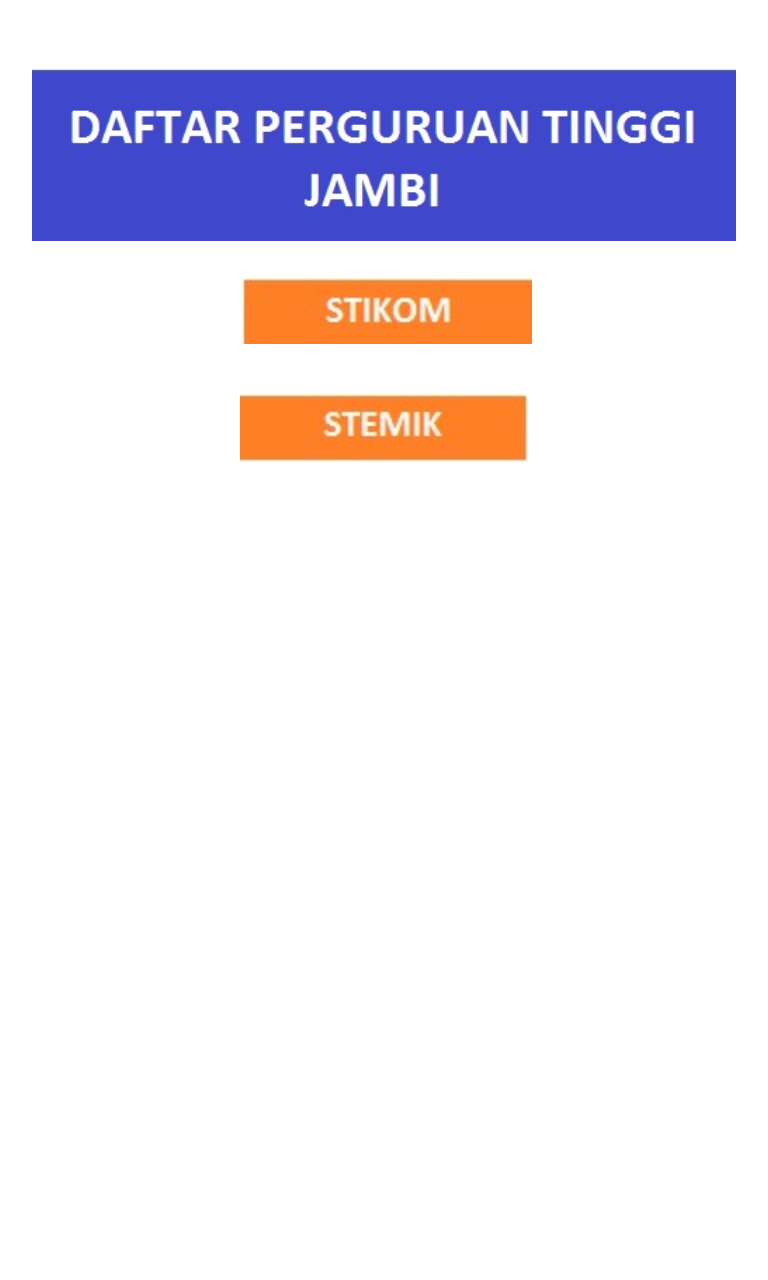
Repository: akungilang/Tugas_Akhir
Layout: Mobile/PerguruanTinggiSwastaJambi/res/layout/activity_menu.xml
These files come from the project's save history. The layout is drawn as it stood at one moment and after the next save; the edit follows.
It is drawn on a 768 x 1280 px phone screen (xhdpi) without system bars, with theme AppTheme; the app's code is not run.

Above is the layout before, as saved 2015-01-31 07:06:40.

### Mobile/PerguruanTinggiSwastaJambi/res/layout/activity_menu.xml
<RelativeLayout xmlns:android="http://schemas.android.com/apk/res/android"
    xmlns:tools="http://schemas.android.com/tools"
    android:layout_width="match_parent"
    android:layout_height="match_parent"
    android:paddingBottom="@dimen/activity_vertical_margin"
    android:paddingLeft="@dimen/activity_horizontal_margin"
    android:paddingRight="@dimen/activity_horizontal_margin"
    android:paddingTop="@dimen/activity_vertical_margin"
    tools:context="com.ex.perguruantinggiswastajambi.MenuActivity" >

    <ImageView
        android:id="@+id/imageView1"
        android:layout_width="wrap_content"
        android:layout_height="wrap_content"
        android:src="@drawable/daftar" />

    <ImageView
        android:id="@+id/imageView2"
        android:layout_width="wrap_content"
        android:layout_height="wrap_content"
        android:layout_alignLeft="@+id/imageView3"
        android:layout_below="@+id/imageView1"
        android:onClick="openstikom"
        android:src="@drawable/stikom3" />

    <ImageView
        android:id="@+id/imageView3"
        android:layout_width="wrap_content"
        android:layout_height="wrap_content"
        android:layout_below="@+id/imageView2"
        android:layout_centerHorizontal="true"
        android:layout_marginTop="25dp"
        android:onClick="openstemik"
        android:src="@drawable/stemik3" />

</RelativeLayout>

Loaded but not shown: Mobile/PerguruanTinggiSwastaJambi/res/values/styles.xml (common file); Mobile/PerguruanTinggiSwastaJambi/res/values-v11/styles.xml (common file); Mobile/PerguruanTinggiSwastaJambi/res/values-v14/styles.xml (common file); Mobile/PerguruanTinggiSwastaJambi/res/values/dimens.xml (common file); Mobile/PerguruanTinggiSwastaJambi/res/values-w820dp/dimens.xml (common file)

After the next save:
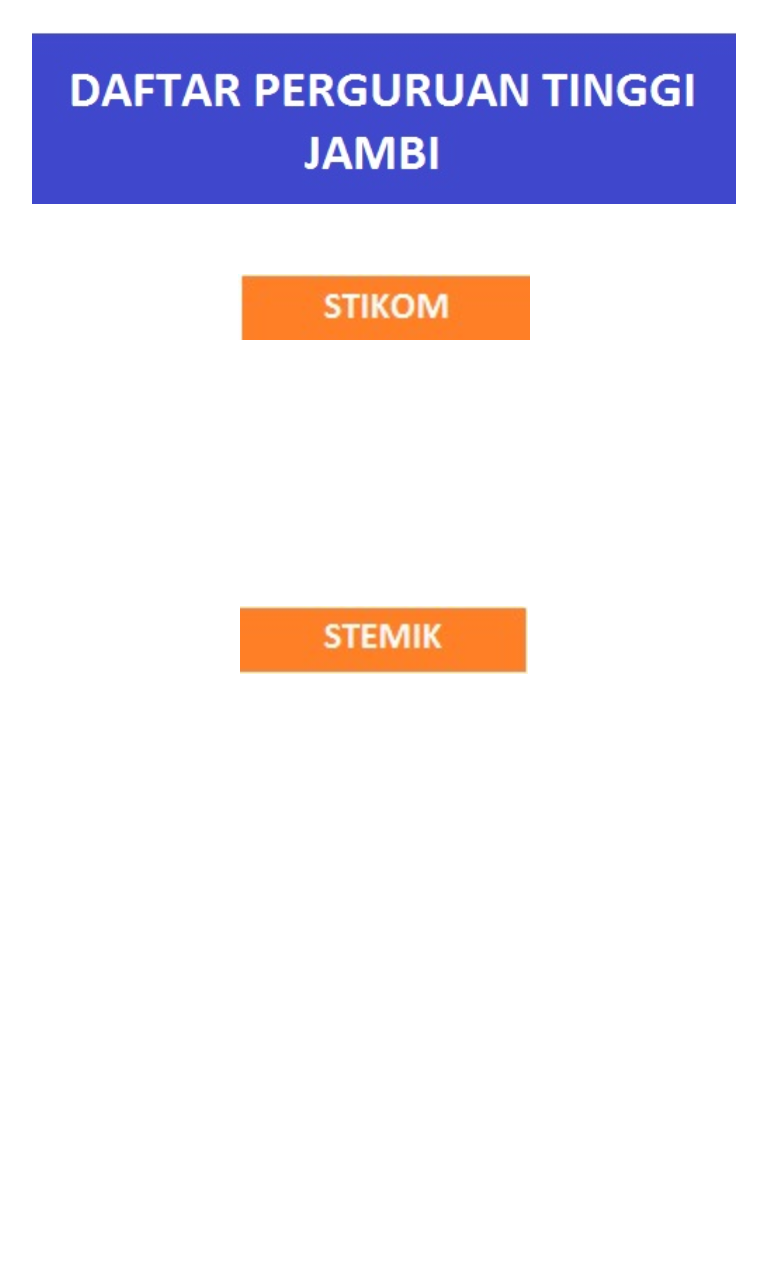
Saved 117 min 33 s later.
--- a/Mobile/PerguruanTinggiSwastaJambi/res/layout/activity_menu.xml
+++ b/Mobile/PerguruanTinggiSwastaJambi/res/layout/activity_menu.xml
@@ -12,25 +12,27 @@
         android:id="@+id/imageView1"
         android:layout_width="wrap_content"
         android:layout_height="wrap_content"
+        android:adjustViewBounds="true"
+        android:scaleType="fitXY"
         android:src="@drawable/daftar" />
+
+    <ImageView
+        android:id="@+id/imageView3"
+        android:layout_width="wrap_content"
+        android:layout_height="wrap_content"
+        android:layout_centerHorizontal="true"
+        android:layout_centerVertical="true"
+        android:onClick="openstemik"
+        android:src="@drawable/stemik3" />
 
     <ImageView
         android:id="@+id/imageView2"
         android:layout_width="wrap_content"
         android:layout_height="wrap_content"
-        android:layout_alignLeft="@+id/imageView3"
         android:layout_below="@+id/imageView1"
+        android:layout_centerHorizontal="true"
+        android:layout_marginTop="35dp"
         android:onClick="openstikom"
         android:src="@drawable/stikom3" />
 
-    <ImageView
-        android:id="@+id/imageView3"
-        android:layout_width="wrap_content"
-        android:layout_height="wrap_content"
-        android:layout_below="@+id/imageView2"
-        android:layout_centerHorizontal="true"
-        android:layout_marginTop="25dp"
-        android:onClick="openstemik"
-        android:src="@drawable/stemik3" />
-
 </RelativeLayout>
